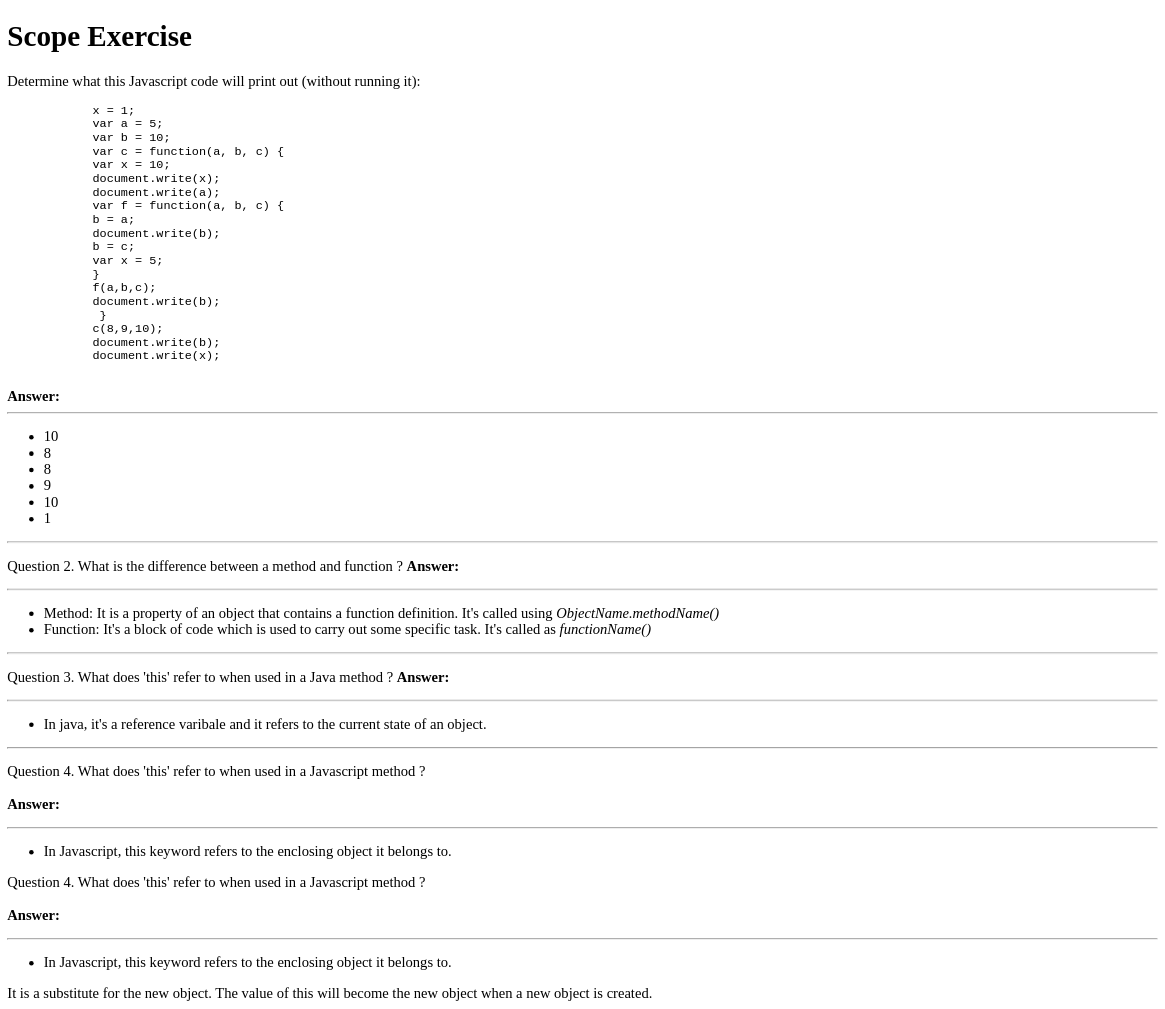
Repository: bethelbahiru/WAP
Page: Homework3/scope.html
These files come from the project's save history. The page is drawn as it stood at one moment and after the next save; the edit follows.
The browser window is 1280 px wide. The pictures show the whole page, at 91% of full size.

Above is the page before, as saved 2022-01-18 16:30:34.

### Homework3/scope.html
<!DOCTYPE html>
<html lang="en">
<head>
    <meta charset="UTF-8">
    <meta http-equiv="X-UA-Compatible" content="IE=edge">
    <meta name="viewport" content="width=device-width, initial-scale=1.0">
    <title>Scope Exercise</title>
</head>
<body>
    <h1><strong>Scope Exercise</strong></h1>
    <p> Determine what this Javascript code will print out (without running it):
        <pre>
            x = 1;
            var a = 5;
            var b = 10;
            var c = function(a, b, c) {
            var x = 10;
            document.write(x);
            document.write(a);
            var f = function(a, b, c) {
            b = a;
            document.write(b);
            b = c;
            var x = 5;
            }
            f(a,b,c);
            document.write(b);
             }
            c(8,9,10);
            document.write(b);
            document.write(x);
        </pre>

        <strong>Answer:</strong>
        <hr>
        <ul>
            <li>10</li>
            <li>8</li>
            <li>8</li>
            <li>9</li>
            <li>10</li>
            <li>1</li>
        </ul>
    </p>
    <hr>
    <p>Question 2.  What is the difference between a method and function ?

        <strong>Answer:</strong>
        <hr>
        <ul>
            <li>Method: It is a property of an object that contains a function definition. It's called using <em>ObjectName.methodName()</em></li>
            <li>Function: It's a block of code which is used to carry out some specific task. It's called as <em>functionName()</em></li>
        </ul>
    </p>
    <hr>
    <p>Question 3. What does 'this' refer to when used in a Java method ?
        <strong>Answer:</strong>
        <hr>
        <ul>
            <li>In java, it's a reference varibale and it refers to the current state of an object.</li>
        </ul>
    </p>
    <hr>
    <p>Question 4. What does 'this' refer to when used in a Javascript method ?
        <br/>
        <br/>
        <strong>Answer:</strong>
        <hr>
        <ul>
            <li>In Javascript, this keyword refers to the enclosing object it belongs to.</li>
        </ul>
    </p>

    <p>Question 4. What does 'this' refer to when used in a Javascript method ?
        <br/>
        <br/>
        <strong>Answer:</strong>
        <hr>
        <ul>
            <li>In Javascript, this keyword refers to the enclosing object it belongs to.</li>
        </ul>
    </p>




    It is a substitute for the new object. The value of this will become the new object when a new object is created.

</body>
</html>

After the next save:
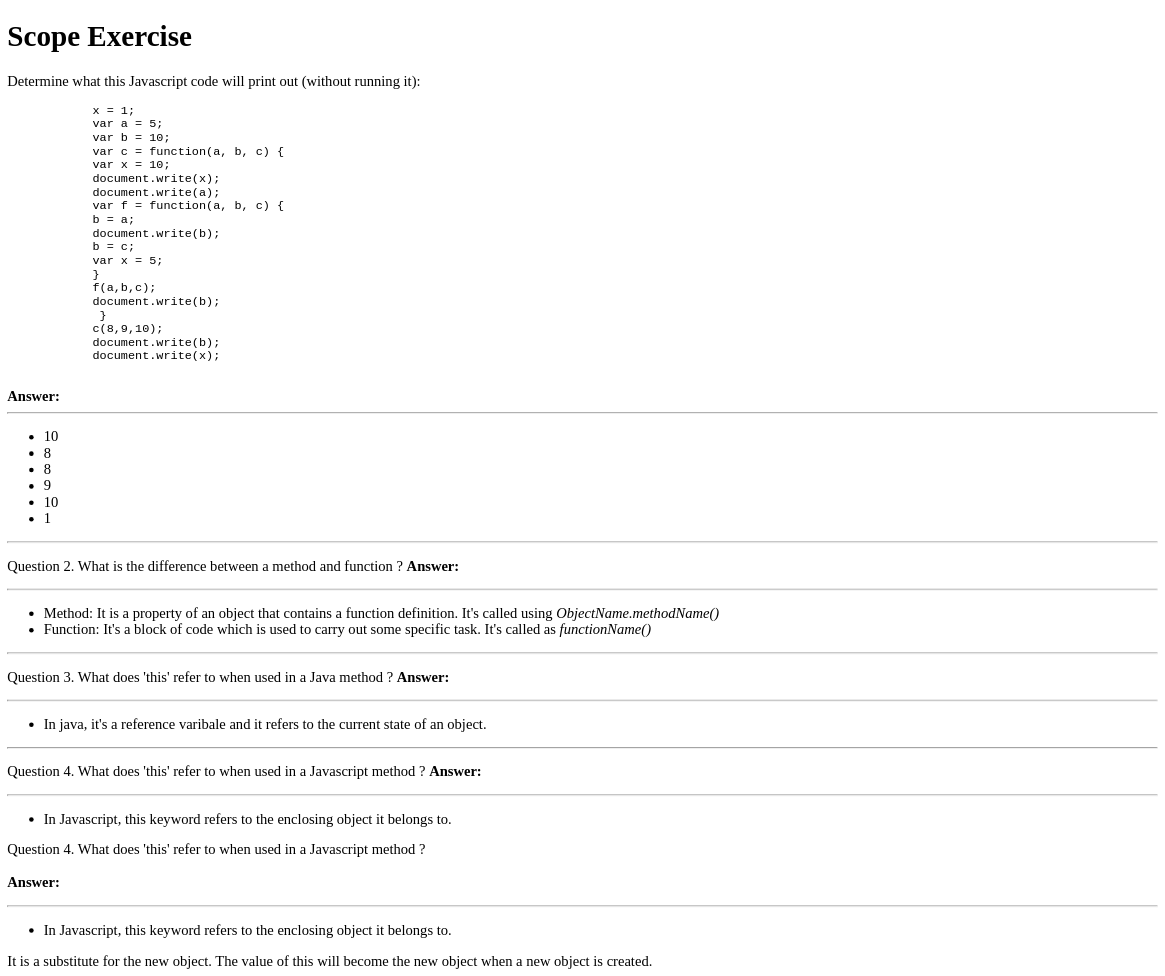
Saved 9 s later.
--- a/Homework3/scope.html
+++ b/Homework3/scope.html
@@ -62,8 +62,6 @@
     </p>
     <hr>
     <p>Question 4. What does 'this' refer to when used in a Javascript method ?
-        <br/>
-        <br/>
         <strong>Answer:</strong>
         <hr>
         <ul>
